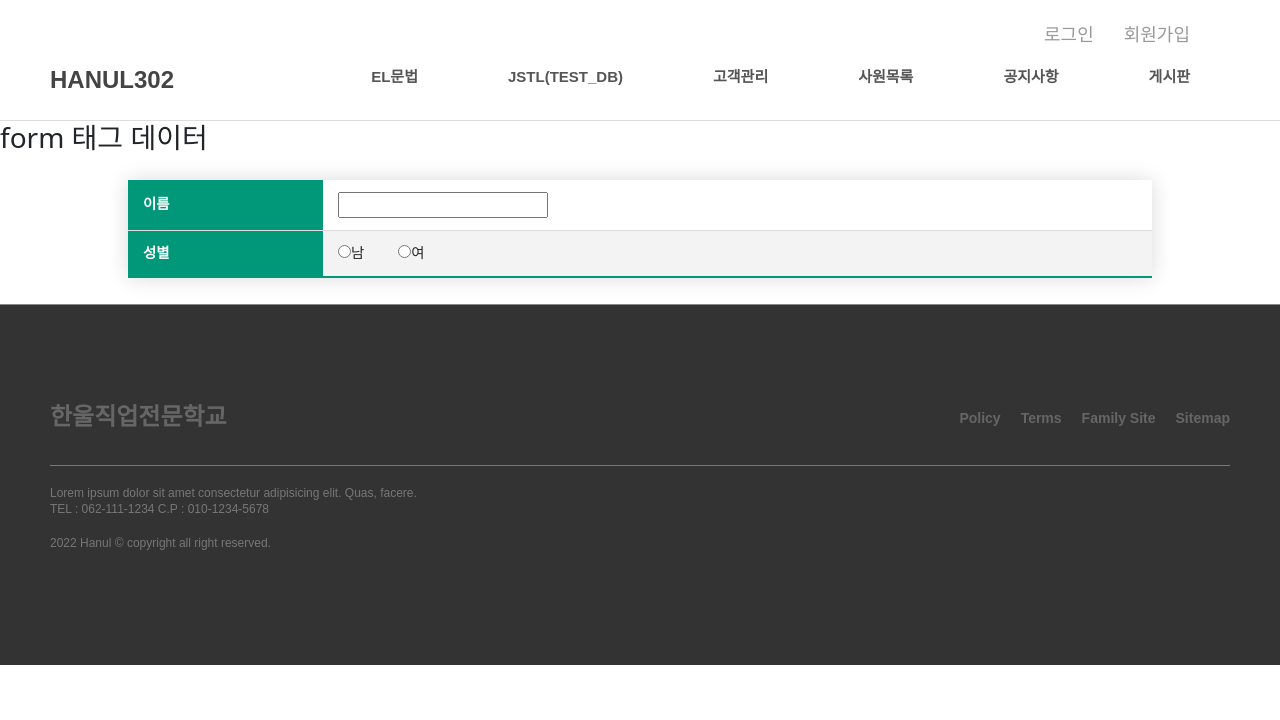
Repository: Xeyeong/servlet
Page: http://localhost/05.MiniProject/el/form.jsp
The author's editor kept a copy of each file at every save. The page is drawn from the files as they stood at one save, then again after a run of saves.
The browser window is 1280 px wide. The pictures show the whole page.
Some web libraries are served in a nearby version. The page is served by Tomcat 9.

Above is the page before, as saved 2022-09-20 00:55:21.

After the next 2 saves:
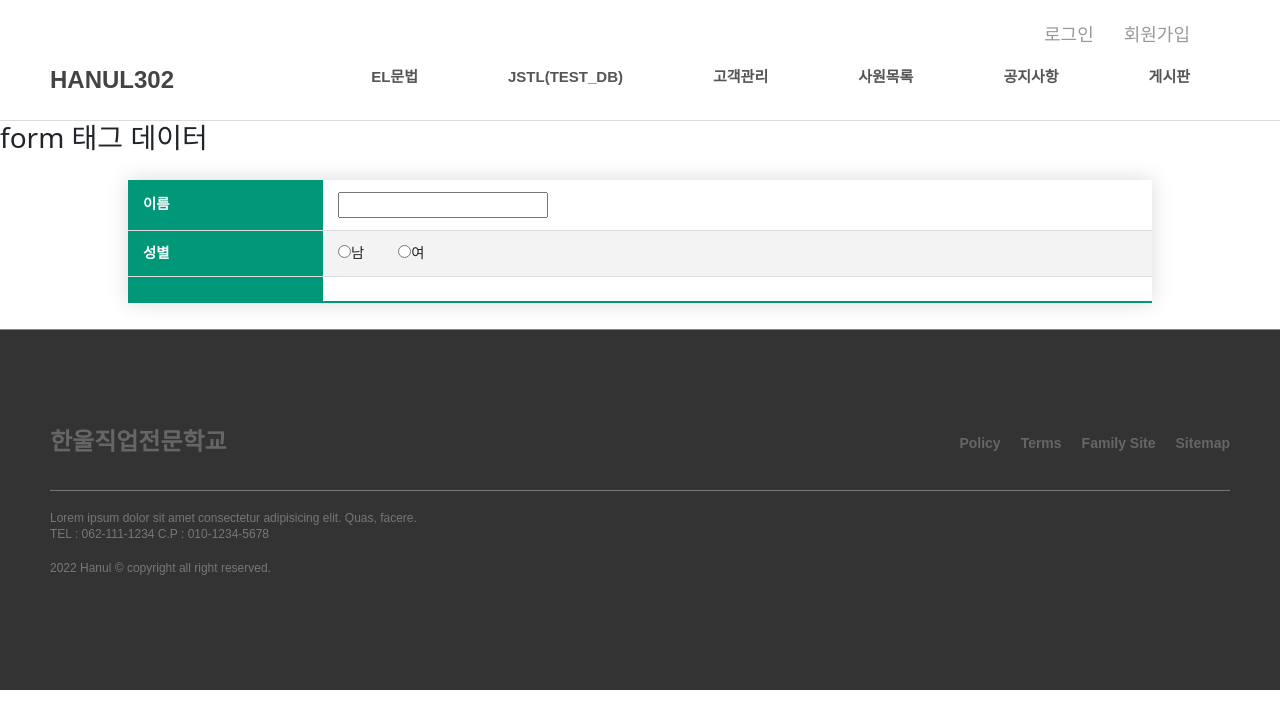
The 2 saves are shown as one change because they came seconds apart.
The last was saved 19 s later.
--- a/05.MiniProject/src/main/webapp/el/form.jsp
+++ b/05.MiniProject/src/main/webapp/el/form.jsp
@@ -23,6 +23,12 @@
 			<label><input type="radio" name="gender" value="여"/>여</label>
 		</td>
 	</tr>
+
+	<tr>
+		<th></th>
+		<td></td>
+	</tr>
+
 </table>
 
 </form>
